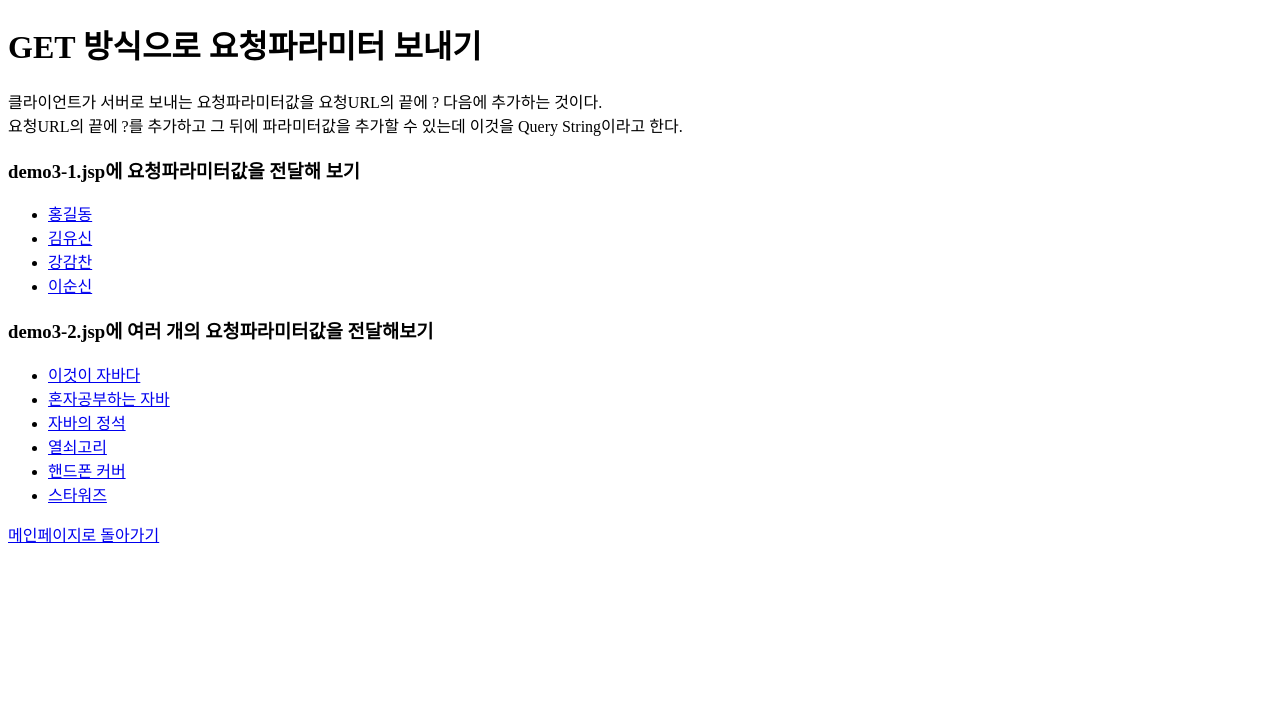
Repository: onuo77/ja_HTA
Page: http://localhost/sample/req/demo3.jsp
An editor plug-in stored every save of this project. The page is shown before and after the next save, followed by the edit.
The browser window is 1280 px wide. The pictures show the whole page.
The page is served by Tomcat 9.

Above is the page before, as saved 2021-05-20 05:06:40.

After the next save:
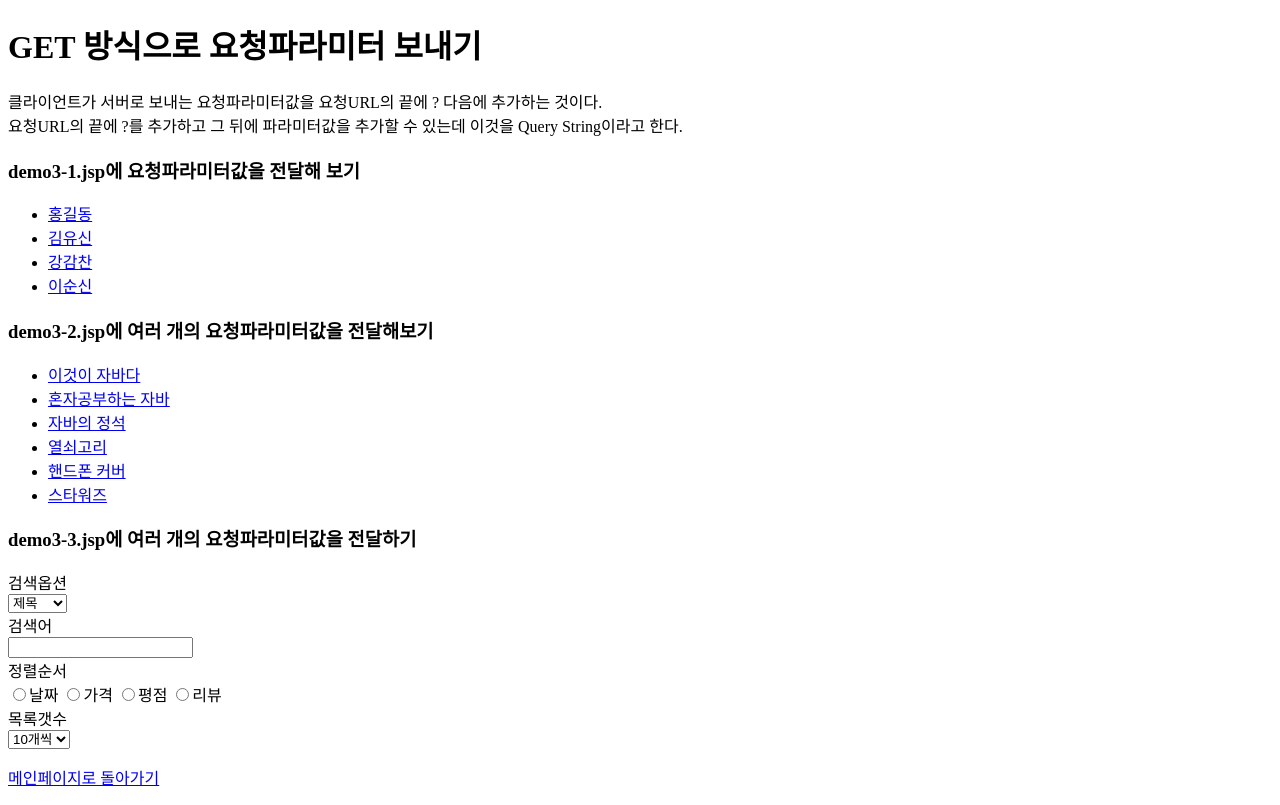
Saved 9 min 3 s later.
--- a/java-web/sample/src/main/webapp/req/demo3.jsp
+++ b/java-web/sample/src/main/webapp/req/demo3.jsp
@@ -31,6 +31,30 @@
 		<li><a href="demo3-2.jsp?category=movie&no=4300">스타워즈</a></li>
 	</ul>
 
+	<h3>demo3-3.jsp에 여러 개의 요청파라미터값을 전달하기</h3>
+	<form>
+		검색옵션<br/>
+		<select name="opt">
+			<option value="title">제목</option>
+			<option value="writer">저자</option>
+			<option value="company">출판사</option>
+			<option value="price">가격</option>
+		</select><br/>
+		검색어<br/>
+		<input type="text" name="keyword"/><br/>
+		정렬순서<br/>
+		<input type="radio" name="order" value="date" />날짜
+		<input type="radio" name="order" value="price" />가격
+		<input type="radio" name="order" value="score" />평점
+		<input type="radio" name="order" value="review" />리뷰 <br/>
+		목록갯수<br/>
+		<select name="rows">
+			<option value="10">10개씩</option>
+			<option value="20">20개씩</option>
+			<option value="50">50개씩</option>
+		</select>
+	</form>
+
 	<p><a href="main.jsp">메인페이지로 돌아가기</a></p>
 </body>
 </html>
